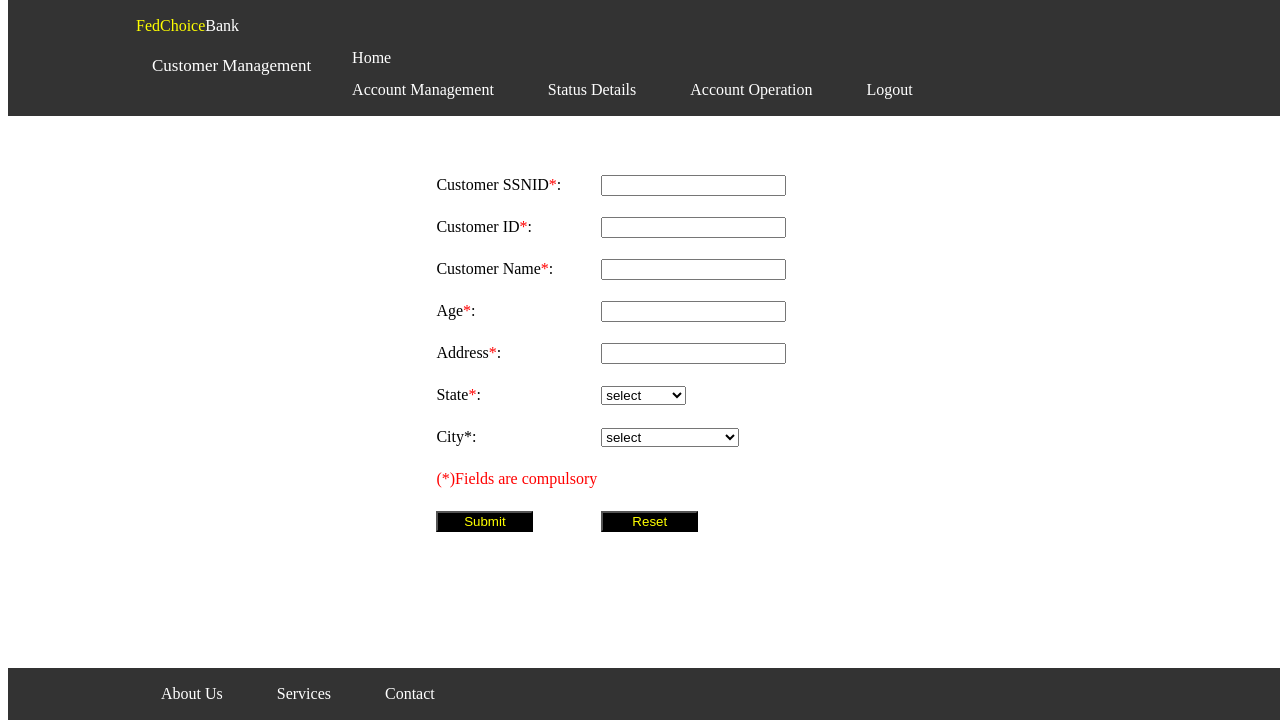
Repository: gopikavinod/RBM
Page: http://localhost/Retail_Bank_Management/userLogged.jsp
These files come from the project's save history. The page is drawn as it stood at one moment and after the next save; the edit follows.
The browser window is 1280 px wide. The pictures show the whole page.
The page is served by Tomcat 9. Other server files are loaded and not shown.

Above is the page before, as saved 2020-06-16 08:26:16.

### eclipse-workspace/Retail Bank Management/WebContent/userLogged.jsp
<%@page import="com.bean.LoginServlet"%>
<%@ page language="java"
         contentType="text/html; charset=windows-1256"
         pageEncoding="windows-1256"
         import="com.bean.UserBean"

   %>

   <!DOCTYPE html PUBLIC "-//W3C//DTD HTML 4.01 Transitional//EN"
   "http://www.w3.org/TR/html4/loose.dtd">

   <html>

      <head>
         <meta http-equiv="Content-Type"
            content="text/html; charset=windows-1256">
     <%--  <% String message = (String)request.getAttribute("alertMsg");%>
	<script type="text/javascript">
    var msg = "<%=message%>";
    alert(msg);
</script> --%>
   <title>FedChoice Bank</title>
<style>
    /* Add some padding on document's body to prevent the content
    to go underneath the header and footer */
    body{
        padding-top: 60px;
        padding-bottom: 40px;
    }
    .container{
        width: 80%;
        margin: 0 auto; /* Center the DIV horizontally */
    }
    .fixed-header, .fixed-footer{
        width: 100%;
        position: fixed;
        background: #333;
        padding: 10px 0;
        color: #fff;
    }
    .fixed-header{
        top: 0;
    }
    .fixed-footer{
        bottom: 0;
    }
    /* Some more styles to beutify this example */
    nav a{
        color: #fff;
        text-decoration: none;
        padding: 7px 25px;
        display: inline-block;
    }
    .container p{
        line-height: 200px; /* Create scrollbar to test positioning */
    }
    p.detail
    {
    color:yellow;
    line-height: 0px;
    }
    span.name{
    	color:white;
    }
    tr
    {
    height: 40px;
    }
    span.aestric
    {
    color: red;
    }
    .dropdown {
  float: left;
  overflow: hidden;
}
.dropdown .dropbtn {
  font-size: 17px;
  border: none;
  outline: none;
  color: white;
  padding: 14px 16px;
  background-color: inherit;
  font-family: inherit;
  margin: 0;
}

.dropdown-content {
  display: none;
  position: absolute;
  background-color: #f9f9f9;
  min-width: 160px;
  box-shadow: 0px 8px 16px 0px rgba(0,0,0,0.2);
  z-index: 1;
}

.dropdown-content a {
  float: none;
  color: black;
  padding: 12px 16px;
  text-decoration: none;
  display: block;
  text-align: left;
}

.topnav a:hover, .dropdown:hover .dropbtn {
  background-color: #555;
  color: white;
}

.dropdown-content a:hover {
  background-color: #ddd;
  color: black;
}

.dropdown:hover .dropdown-content {
  display: block;
}

</style>
</head>
<body>
    <div class="fixed-header">
        <div class="container">
            <nav>
          <p class="detail">FedChoice<span class="name">Bank</span></p>
          <div class="topnav" id="myTopnav">
                <a href="#">Home</a>
                <div class="dropdown">
    <button class="dropbtn">Customer Management
      <i class="fa fa-caret-down"></i>
    </button>
    <div class="dropdown-content">
      <a href="#">Create Customer</a>
      <a href="#">Update Customer</a>
      <a href="#">Delete Customer</a>
      <a href="#">View Customer Details</a>
    </div>
    </div>
  </div>

                <a href="#">Account Management</a>
                <a href="#">Status Details</a>
                <a href="#">Account Operation</a>
                <a href="#">Logout</a>
            </nav>
        </div>
    </div>
    <div class="container">
    <p>
    	<form action="CustomerServlet" name="createCustomer" enctype="multipart/form-data" style="margin-top: 95px;
    margin-left: 299px;" >
    <table>
<tr >
<td>Customer SSNID<span class="aestric">*</span>:</td>
<td><input type="text" id="cssnid" name="customerssnid" value="" > </td>
</tr>
<tr >
<td>Customer ID<span class="aestric">*</span>:</td>
<td><input type="text" id="custid" name="customerid" value=""> </td>
</tr>
<tr>
<td>Customer Name<span class="aestric">*</span>:</td>
<td><input type="text" id="cname" name="customername" value="" required="required"> </td>
</tr>
<tr>
<td>Age<span class="aestric">*</span>:</td>
<td><input type="number" id="age" name="customerage" value="" required="required"></td>
</tr>
<tr>
<td>Address<span class="aestric">*</span>:</td>
<td> <input type="text" id="address" name="customeraddress" value="" required="required"></td>
</tr>
<tr>
<td>State<span class="aestric">*</span>:</td>
<td> <select name="state" id="state">
<option value="select">select</option>
  <option value="Kerala">Kerala</option>
  <option value="TamilNadu">TamilNadu</option>
  <option value="Karnataka">Karnataka</option>
  <option value="Delhi">Delhi</option>
</select>
</td>
</tr>
<tr>
<td>City*:</td>
<td> <select name="city" id="city">
<option value="select">select</option>
  <option value="Ernakulam">Ernakulam</option>
  <option value="Thrissur">Thrissur</option>
  <option value="Palakkad">Palakkad</option>
  <option value="Thiruvanathapuram">Thiruvanathapuram</option>
</select>
</td>
</tr>
<tr >
<td style="color: red;"> (*)Fields are compulsory</td>

</tr>

<tr colspan="1">
<td><input type="submit" value="Submit" style="background-color: black;color: yellow ;width:97px"></td>
<td><input type="reset" value="Reset" style="background-color: black;color: yellow ;width:97px"></td>
</tr>

</table>

    	</form>
    	</p>
    	    </div>
    <div class="fixed-footer">
        <div class="container">
        <nav>

                <a href="#">About Us</a>
                <a href="#">Services</a>
                <a href="#">Contact</a>
        </nav>
        </div>
    </div>
</body>
   </html>

After the next save:
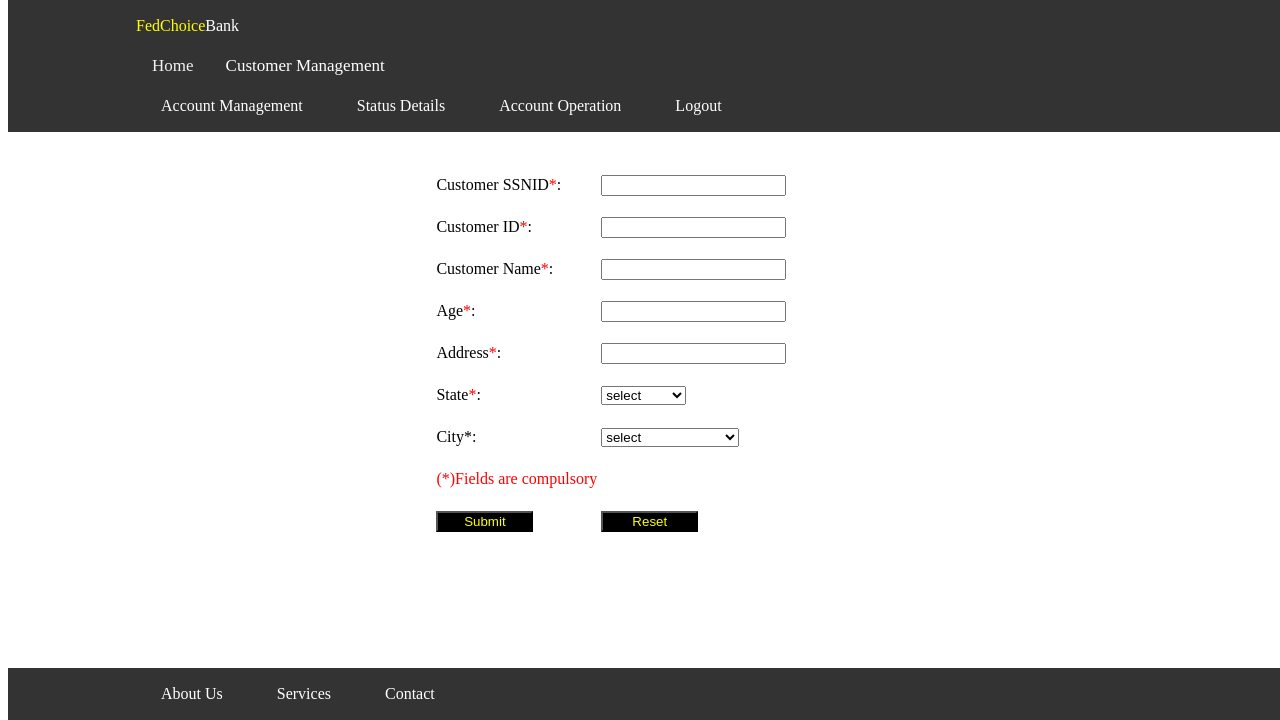
Saved 81 s later.
--- a/eclipse-workspace/Retail Bank Management/WebContent/userLogged.jsp
+++ b/eclipse-workspace/Retail Bank Management/WebContent/userLogged.jsp
@@ -70,6 +70,20 @@
     {
     color: red;
     }
+    .topnav {
+  overflow: hidden;
+  background-color: #333;
+}
+
+.topnav a {
+  float: left;
+  display: block;
+  color: #f2f2f2;
+  text-align: center;
+  padding: 14px 16px;
+  text-decoration: none;
+  font-size: 17px;
+}
     .dropdown {
   float: left;
   overflow: hidden;
